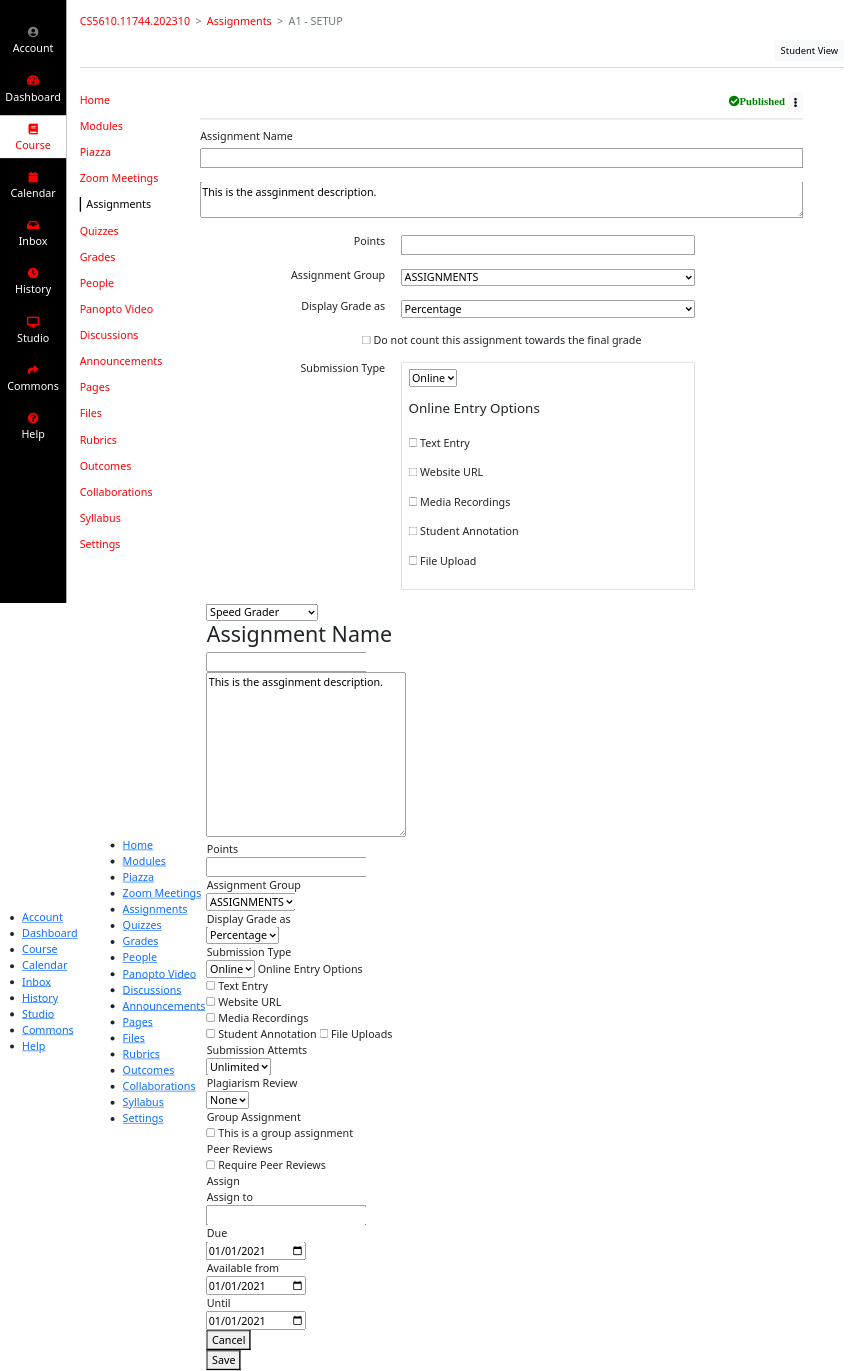
Repository: yuqiant/kanbas-react-web-app
Page: public/kanbas/assignment/edit.html
The author's editor kept a copy of each file at every save. The page is drawn from the files as they stood at one save, then again after the next save.
The browser window is 1280 px wide. The pictures show the whole page, at 67% of full size.

Above is the page before, as saved 2023-10-05 01:16:56.

After the next save:
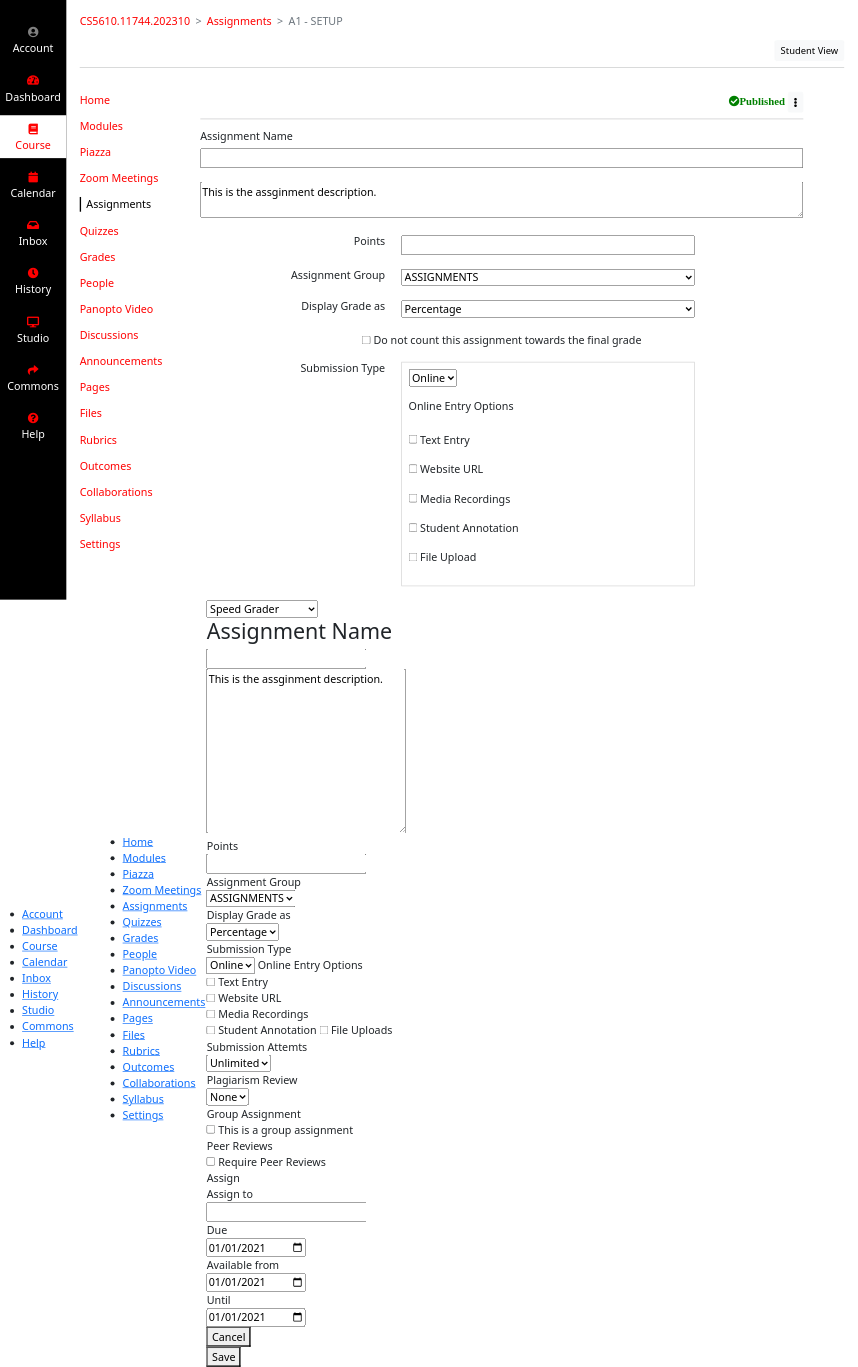
Saved 22 s later.
--- a/public/kanbas/assignment/edit.html
+++ b/public/kanbas/assignment/edit.html
@@ -159,7 +159,7 @@
 
                                 <div class="row">
                                     <div class="col-md-12">
-                                        <h5>Online Entry Options</h5>
+                                        <h6>Online Entry Options</h6>
                                     </div>
                                 </div>
 
